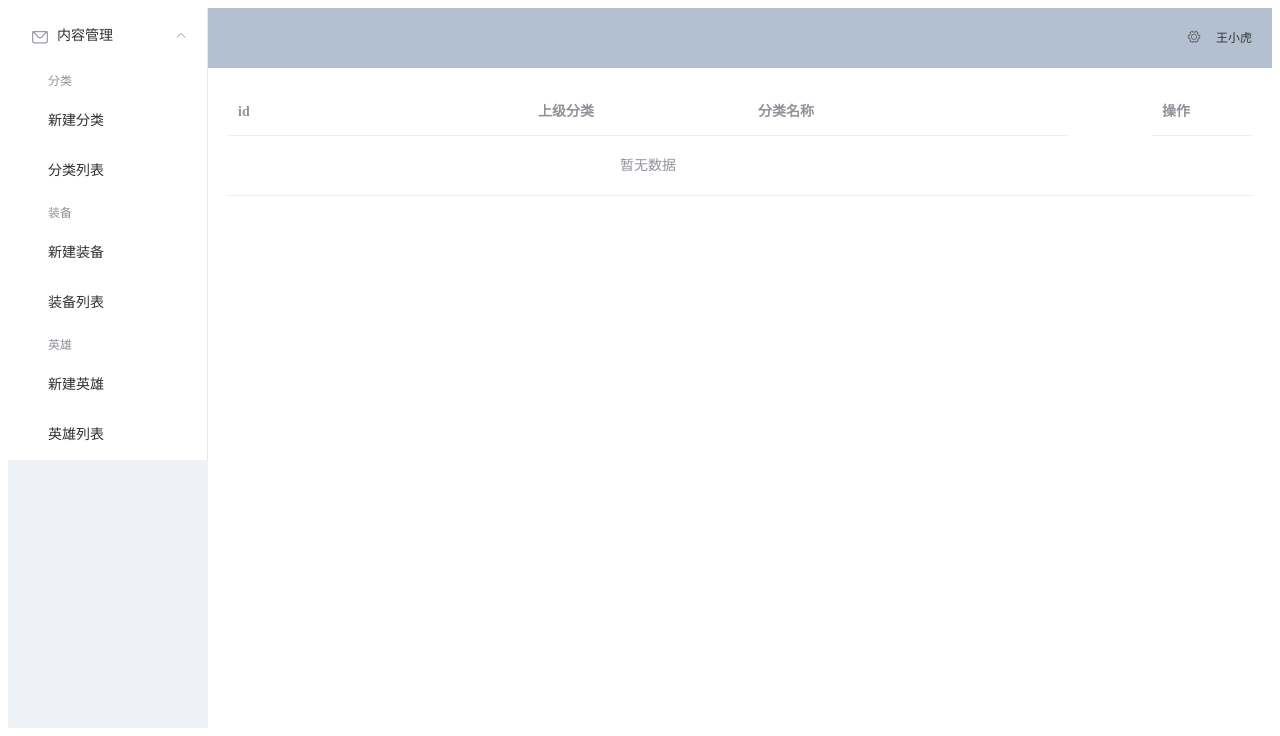
Repository: fish-zmy/wangzherongyao
Page: /#/categories/list (app in admin/)
The author's editor kept a copy of each file at every save. The page is drawn from the files as they stood at one save, then again after the next save.
The browser window is 1280 px wide. The pictures show the whole page.
The page's requests for data from a server got no answer. The project was rebuilt for these pictures with package versions that can differ from the ones it lists, and the page was loaded fresh each time. No one was signed in, and anything a server would have sent is missing. Also part of the build but not shown: admin/vue.config.js, admin/src/views/CategoryEdit.vue, admin/src/views/ItemEdit.vue, admin/src/views/ItemList.vue, admin/src/views/HeroEdit.vue, admin/src/views/HeroList.vue.

Above is the page before, as saved 2020-06-17 22:47:41.

### admin/src/main.js
import Vue from 'vue'
import App from './App.vue'
import router from './router'
import './plugins/element.js'

Vue.config.productionTip = false

import http from './http'
Vue.prototype.$http = http

new Vue({
  router,
  render: h => h(App)
}).$mount('#app')

### admin/src/App.vue
<template>
  <div id="app">

    <router-view/>
  </div>
</template>

<style scoped>
html,body{
  margin:0;
  padding:0;
}
</style>

### admin/src/router/index.js
import Vue from 'vue'
import VueRouter from 'vue-router'
import Main from '../views/Main.vue'
import CategoryEdit from '../views/CategoryEdit.vue'
import CategoryList from '../views/CategoryList.vue'
import ItemEdit from '../views/ItemEdit.vue'
import ItemList from '../views/ItemList.vue'
import HeroEdit from '../views/HeroEdit.vue'
import HeroList from '../views/HeroList.vue'

Vue.use(VueRouter)
// 解决ElementUI导航栏中的vue-router在3.0版本以上重复点菜单报错问题
const originalPush = VueRouter.prototype.push
VueRouter.prototype.push = function push(location) {
  return originalPush.call(this, location).catch(err => err)
}

const routes = [
  {
    path: '/',
    name: 'main',
    component: Main,
    children: [
      {
        path: '/categories/create',
        component: CategoryEdit
      }, {
        path: '/categories/list',
        component: CategoryList
      }, {
        path: '/categories/edit/:id',
        component: CategoryEdit, props: true
      },
      {
        path: '/items/create',
        component: ItemEdit
      }, {
        path: '/items/list',
        component: ItemList
      }, {
        path: '/items/edit/:id',
        component: ItemEdit, props: true
      },
      {
        path: '/heroes/create',
        component: HeroEdit
      }, {
        path: '/heroes/list',
        component: HeroList
      }, {
        path: '/heroes/edit/:id',
        component: HeroEdit, props: true
      }

    ]
  },

]


const router = new VueRouter({
  routes
})

export default router

### admin/src/http.js
import axios from 'axios'

const http =axios.create({
    baseURL:'http://localhost:3000/admin/api'
})

export default  http

### admin/src/views/Main.vue
<template>
  <el-container style="height: 100vh">
    <el-aside width="200px" style="background-color: rgb(238, 241, 246)">
      <el-menu router :default-openeds="['1']">
        <el-submenu index="1">
          <template slot="title">
            <i class="el-icon-message"></i>内容管理
          </template>
          <el-menu-item-group>
            <template slot="title">分类</template>
            <el-menu-item index="/categories/create">新建分类</el-menu-item>
            <el-menu-item index="/categories/list">分类列表</el-menu-item>
          </el-menu-item-group>
          <el-menu-item-group>
            <template slot="title">装备</template>
            <el-menu-item index="/items/create">新建装备</el-menu-item>
            <el-menu-item index="/items/list">装备列表</el-menu-item>
          </el-menu-item-group>
          <el-menu-item-group>
            <template slot="title">英雄</template>
            <el-menu-item index="/heroes/create">新建英雄</el-menu-item>
            <el-menu-item index="/heroes/list">英雄列表</el-menu-item>
          </el-menu-item-group>
        </el-submenu>
      </el-menu>
    </el-aside>

    <el-container>
      <el-header style="text-align: right; font-size: 12px">
        <el-dropdown>
          <i class="el-icon-setting" style="margin-right: 15px"></i>
          <el-dropdown-menu slot="dropdown">
            <el-dropdown-item>查看</el-dropdown-item>
            <el-dropdown-item>新增</el-dropdown-item>
            <el-dropdown-item>删除</el-dropdown-item>
          </el-dropdown-menu>
        </el-dropdown>
        <span>王小虎</span>
      </el-header>

      <el-main>
        <router-view></router-view>
      </el-main>
    </el-container>
  </el-container>
</template>


<style>
.el-header {
  background-color: #b3c0d1;
  color: #333;
  line-height: 60px;
}

.el-aside {
  color: #333;
}
</style>

<script>
export default {
  data() {
    const item = {
      date: "2016-05-02",
      name: "王小虎",
      address: "上海市普陀区金沙江路 1518 弄"
    };
    return {
      tableData: Array(20).fill(item)
    };
  }
};
</script>

### admin/src/views/CategoryList.vue
<template>
  <div class="about">
    <el-table :data="items">
      <el-table-column prop="_id" label="id" width="300"></el-table-column>
      <el-table-column prop="parent.name" label="上级分类" width="220"></el-table-column>
      <el-table-column prop="name" label="分类名称" width="220"></el-table-column>
      <el-table-column fixed="right" label="操作" width="100">
        <template v-slot="scope">
          <el-button type="text" size="small"
          @click="$router.push(`/categories/edit/${scope.row._id}`)">编辑</el-button>
          <el-button type="text" size="small"
          @click="remove(scope.row)">删除</el-button>
        </template>
      </el-table-column>
    </el-table>
  </div>
</template>

<script>
export default {

  data() {
    return {
      items: []
    };
  },
  methods: {
    async fetch() {
      const res = await this.$http.get("/rest/categories");
      this.items = res.data;
    },
    async remove(row){//删除操作，弹出选框
      this.$confirm(`是否要删除分类"${row.name}"`, '提示', {
          confirmButtonText: '确定',
          cancelButtonText: '取消',
          type: 'warning'
        })
        .then( async() => {
          const res = await this.$http.delete(`/rest/categories/${row._id}`);
          this.$message({
            type: 'success',
            message: '删除成功!'
          });
          this.fetch();
        })
    }
  },
  created() {
    //页面渲染完毕时候就会自动执行
    this.fetch();
  }
};
</script>

Loaded but not shown: admin/public/index.html (common file); admin/src/plugins/element.js (common file)

After the next save:
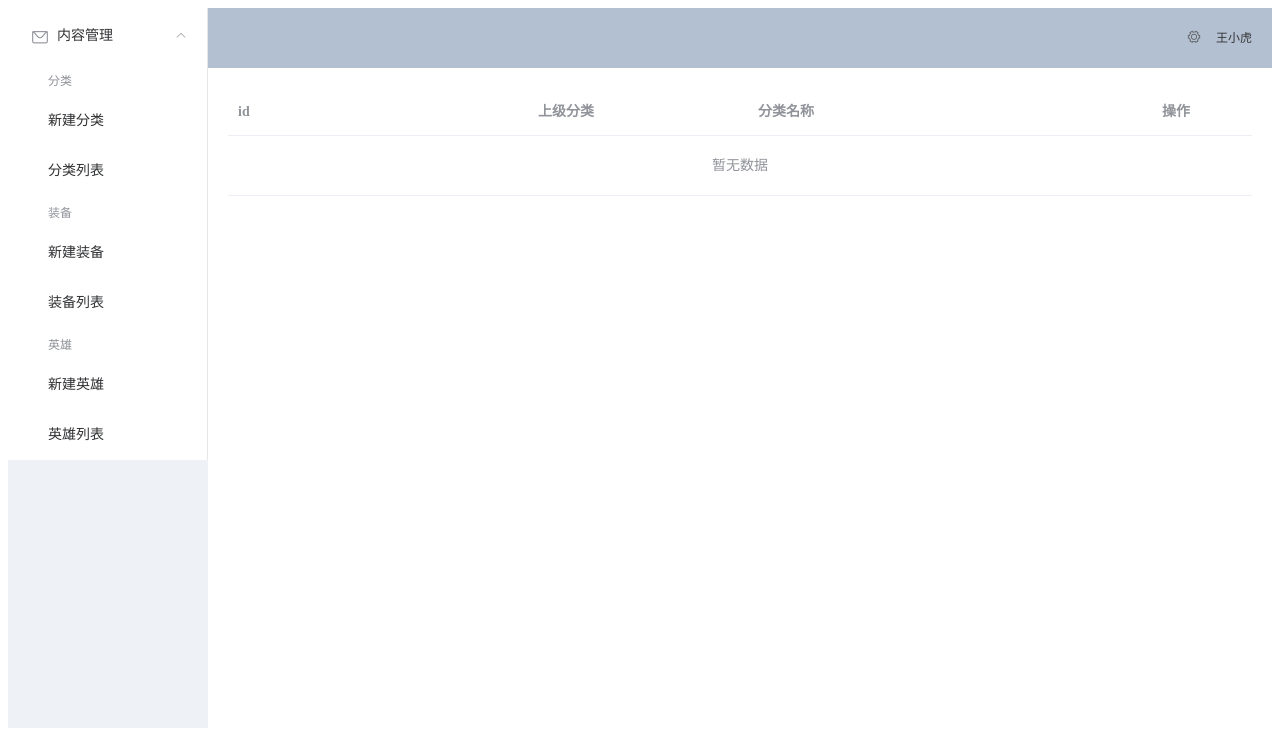
Saved 13 s later.
--- a/admin/src/views/CategoryList.vue
+++ b/admin/src/views/CategoryList.vue
@@ -3,7 +3,7 @@
     <el-table :data="items">
       <el-table-column prop="_id" label="id" width="300"></el-table-column>
       <el-table-column prop="parent.name" label="上级分类" width="220"></el-table-column>
-      <el-table-column prop="name" label="分类名称" width="220"></el-table-column>
+      <el-table-column prop="name" label="分类名称" ></el-table-column>
       <el-table-column fixed="right" label="操作" width="100">
         <template v-slot="scope">
           <el-button type="text" size="small"
